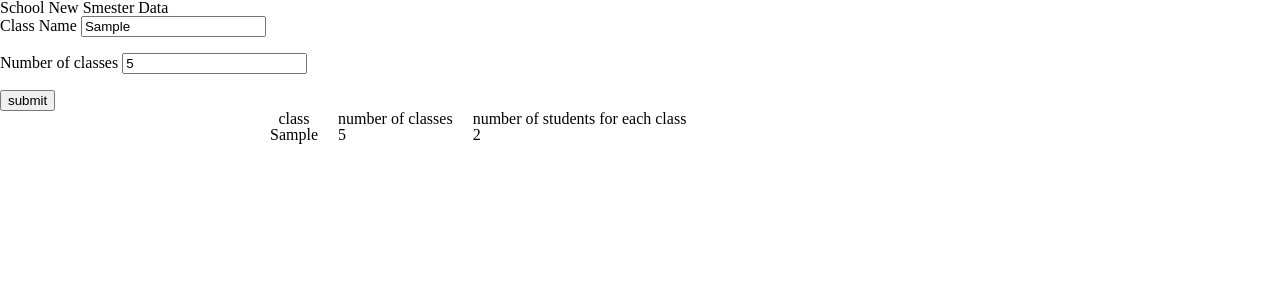
Repository: Razan-am/exam-practice
Page: index.html
The author's editor kept a copy of each file at every save. The page is drawn from the files as they stood at one save, then again after the next save.
The browser window is 1280 px wide. The pictures show the whole page.
Empty fields were first filled with sample values (such as "Sample", 5 or name@example.com).
After loading, the first visible `#myForm` was submitted once.

Above is the page before, as saved 2021-05-30 23:16:53.

### index.html
<!DOCTYPE html>
<html lang="en">
<head>
    <meta charset="UTF-8">
    <meta http-equiv="X-UA-Compatible" content="IE=edge">
    <meta name="viewport" content="width=device-width, initial-scale=1.0">
    <title>Document</title>
    <link rel="stylesheet" href="css/reset.css">
    <link rel="stylesheet" href="css/style.css">
</head>
<body>
    <header>
        <h1>School New Smester Data</h1>
    </header>
    <main>
        <form action="" id="myForm">
            <fieldset>
                <label for="className">Class Name</label>
                <input type="text" id="className" name="className" placeholder="9th">
                <br/><br/>
                <label for="classNumber">
                    Number of classes
                </label>
                <input type="number" id="classNamber" name="classNumber">
                <br/><br/>
                <input type="submit" value="submit">
            </fieldset>
        </form>
        <div >
            <table id="table"></table>
        </div>
    </main>
    <footer></footer>
    <script src="js/app.js"></script>
</body>
</html>

### css/style.css
table {
    margin-left: 250px;
}
th{
    padding-left: 20px;
}
td{
    padding-left: 20px;
}

### js/app.js
'use strict';

let myForm = document.getElementById('myForm');
let myTable = document.getElementById('table');

let headerData = ['class', 'number of classes', 'number of students for each class']

let mainArr = [];
function Myform(className, numberOfClasses) {
    this.className = className;
    this.numberOfClasses = numberOfClasses;
    this.randomNumber = 0;
    mainArr.push(this);
}
console.log(mainArr);

function random(min, max) {
    mainArr.randomNumber = Math.floor(Math.random() * (max - min + 1)) + min;
}


myForm.addEventListener('submit', handleSubmit);

function handleSubmit(event) {
    event.preventDefault();
    let className = event.target.className.value;
    let classNumber = event.target.classNumber.value;
    new Myform(className, classNumber);
    theader();
    render();
}

let headerEl = document.createElement('tr');
myTable.appendChild(headerEl);
function theader() {
    theader.textContent='';
    for (let index = 0; index < headerData.length; index++) {
        let thEl = document.createElement('th');
        headerEl.appendChild(thEl);
        thEl.textContent = `${headerData[index]}`
    }
}
let tBody = document.createElement('tr');
myTable.appendChild(tBody);
function render() {
    tBody.textContent='';
    for (let index = 0; index < mainArr.length; index++) {
        let td1 = document.createElement('td');
        tBody.appendChild(td1);
        td1.textContent = `${mainArr[index].className}`;
    }

    for (let i = 0; i < mainArr.length; i++) {
        let td2 = document.createElement('td');
        tBody.appendChild(td2);
        td2.textContent = `${mainArr[i].numberOfClasses}`;
    }

    let td3 = document.createElement('td');
    tBody.appendChild(td3);
    td3.textContent = `${mainArr.randomNumber}`;
}


random(1, 10);

Loaded but not shown: css/reset.css (common file)

After the next save:
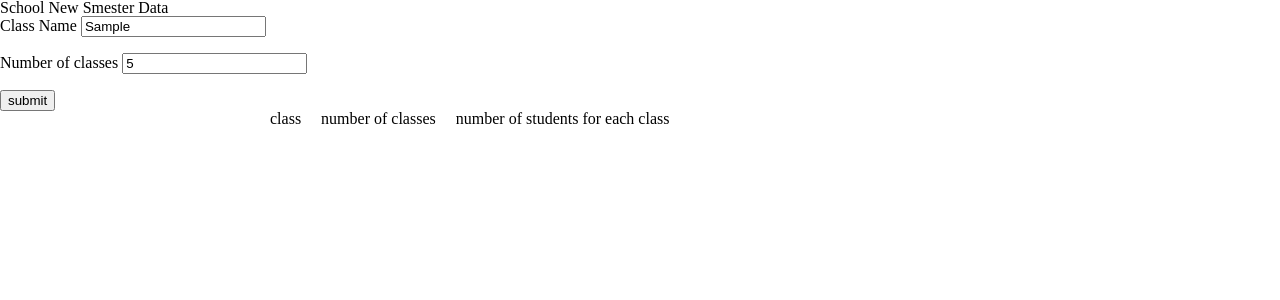
Console error: ReferenceError: index is not defined
Saved 17 s later.
--- a/js/app.js
+++ b/js/app.js
@@ -44,17 +44,17 @@
 myTable.appendChild(tBody);
 function render() {
     tBody.textContent='';
-    for (let index = 0; index < mainArr.length; index++) {
+
         let td1 = document.createElement('td');
         tBody.appendChild(td1);
         td1.textContent = `${mainArr[index].className}`;
-    }
 
-    for (let i = 0; i < mainArr.length; i++) {
+
+
         let td2 = document.createElement('td');
         tBody.appendChild(td2);
         td2.textContent = `${mainArr[i].numberOfClasses}`;
-    }
+
 
     let td3 = document.createElement('td');
     tBody.appendChild(td3);

After the save that followed:
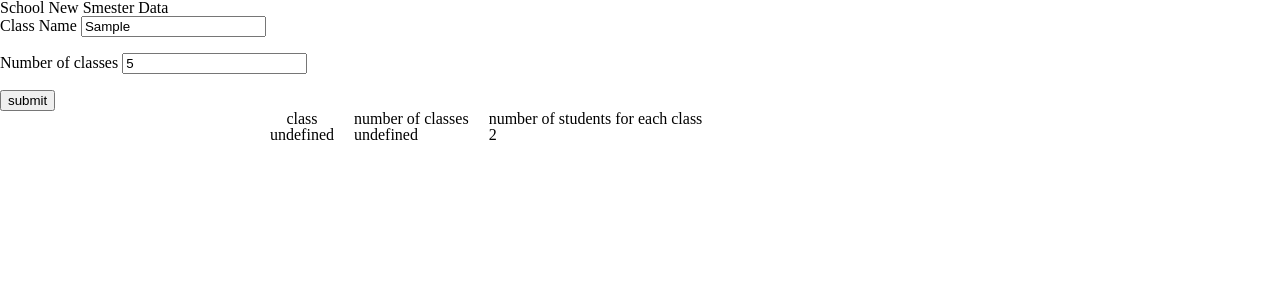
The error is gone.
Saved 11 s later.
--- a/js/app.js
+++ b/js/app.js
@@ -47,13 +47,13 @@
 
         let td1 = document.createElement('td');
         tBody.appendChild(td1);
-        td1.textContent = `${mainArr[index].className}`;
+        td1.textContent = `${mainArr.className}`;
 
 
 
         let td2 = document.createElement('td');
         tBody.appendChild(td2);
-        td2.textContent = `${mainArr[i].numberOfClasses}`;
+        td2.textContent = `${mainArr.numberOfClasses}`;
 
 
     let td3 = document.createElement('td');
